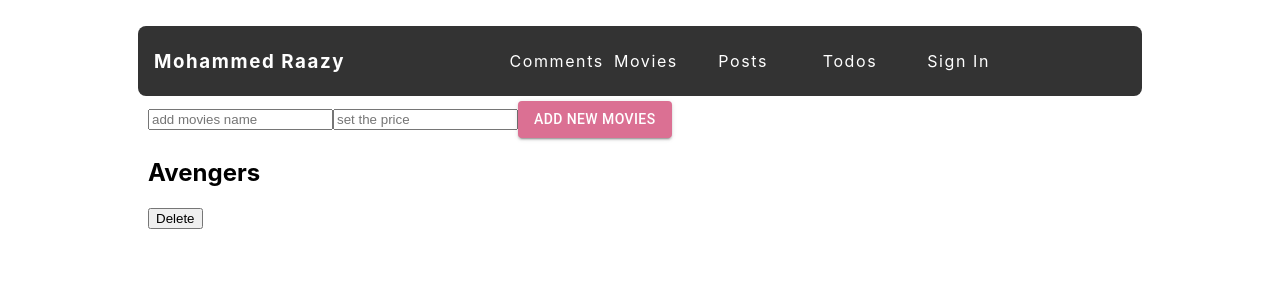
Repository: raazymuhd1/learn-nextjs
Page: /movies
An editor plug-in stored every save of this project. The page is shown before and after the next save, followed by the edit.
The browser window is 1280 px wide. The pictures show the whole page.
The page's requests for data from a server got no answer. The project was rebuilt for these pictures with package versions that can differ from the ones it lists, and the page was loaded fresh each time. The framework's server and built-in components were replaced by stand-ins that run in the browser. No one was signed in, and anything a server would have sent is missing.

Above is the page before, as saved 2021-09-02 20:07:18.

### pages/_app.js
import Layout from '../components/Layout'
import '../styles/globals.css'
import { createStore } from "redux"
import { Provider } from "react-redux"

import  allReducers from "../reducers"

const store = createStore(allReducers)

function MyApp({ Component, pageProps }) {
  return (
    <Provider store={store}>
      <Layout>
         <Component {...pageProps} />
      </Layout>
    </Provider>
  )

}

export default MyApp

### pages/movies/index.js
import React, { useState, useRef } from 'react'
import { useSelector, useDispatch } from "react-redux"
import { useRouter } from "next/router"
import MovieList from '../../components/movieList'

import { Button } from "@material-ui/core"
import { makeStyles } from "@material-ui/styles"

const useStyles = makeStyles({
    btn: {
        background: "palevioletred"
    }
})

const Movie = () => {
       const [ movieName, setMovieName ] = useState("")
       const [ moviePrice, setMoviePrice ] = useState("")
       const btnRef = useRef();

       const classes = useStyles()

       const movies = useSelector(state => state.movies )
       const dispatch = useDispatch()
       const { push } = useRouter()

    return (
        <div>
             <input
             type="text"
             value={movieName}
             onChange={e => setMovieName(e.target.value) }
             placeholder="add movies name" />

             <input
             type="text"
             value={moviePrice}
             onChange={e => setMoviePrice(e.target.value) }
             placeholder="set the price"  />
             <Button className={classes.btn} variant="contained" color="primary"
             onClick={ () => dispatch({ type: "addMovie", name: movieName, price: moviePrice }) } > Add New Movies </Button>

             { movies.map((movie, index) => (
                 <div>
                   <MovieList name={movie.name} ref={btnRef}  />
                 </div>
             )) }
        </div>
    )
}

export default Movie

### components/Layout/index.js
import React, { useEffect } from 'react'
import Head from 'next/head'
import { Container, Main } from '../global'
import Navbar from '../Navbar'

const Layout = ({ children }) => {

    return (
        <Container>
            <Navbar />
            <Head>
                <meta name="description" content="nextjs app" />
                <title> Big Next Project </title>
            </Head>

            <Main>
                { children }
            </Main>
        </Container>
    )
}

export default Layout

### reducers/index.js
import { combineReducers } from "redux"
import { movies } from './movies'

const allReducers =  combineReducers({
       movies,
})

export default allReducers;

### components/movieList/index.js
import React, { forwardRef } from 'react'
import PropTypes from "prop-types"

const MovieList = forwardRef(( { name }, ref ) => {

    const getRef = () => {
        console.log(ref.current)
    }

    return (
        <div>
            <h2> { name } </h2>
            <button ref={ref} onClick={getRef}> Delete </button>
        </div>
    )
})

MovieList.propTypes = {
    name: PropTypes.string.isRequired,
    // name: PropTypes.oneOfType([PropTypes.array, PropTypes.bool])
}

export default MovieList

### components/global/index.js
import styled from 'styled-components'

export const Container = styled.div`
    padding: 10px;
    width: 80%;
    margin: 1rem auto;
`
export const Main = styled.main`
    padding: 5px 10px;
`

### components/Navbar/index.js
import { LI, Nav, UL, HeadingThree } from "./styles";
import Link from "next/link"
import { useSession, signIn, signOut } from "next-auth/client"

const Navbar = () => {
     const [session, loading] = useSession()

    return (
        <Nav>
             <HeadingThree> Mohammed Raazy </HeadingThree>
             <UL>
                 <Link href="/comment">
                     <LI> Comments </LI>
                 </Link>
                 <Link href="/movies">
                     <LI> Movies </LI>
                 </Link>
                 <Link href="/posts">
                     <LI> Posts </LI>
                 </Link>
                 <Link href="/todo">
                     <LI> Todos </LI>
                 </Link>
                 { !session &&
                        <LI onClick={() => signIn()}> Sign In </LI>
                  }
                  { session && !loading &&
                        <LI onClick={() => signOut() } > Sign Out </LI>
                  }
             </UL>
        </Nav>
    )
}

export default Navbar;

### reducers/movies.js
const initialState = [
    { id: 1, name: "Avengers", price: "3k" },
]

export const movies =  (state = initialState, action) => {
     switch(action.type) {
         case "addMovie":
               return [ ...state, { name: action.name, price: action.price } ]
        default:
            return state
     }
}

### components/Navbar/styles.js
import styled from "styled-components"

export const Nav = styled.nav`
    padding: 5px 1rem;
    display: flex;
    align-items: center;
    justify-content: space-between;
    background: #333;
    color: #fff;
    border-radius: 8px;
    letter-spacing: 0.1rem;
`

export const HeadingThree = styled.h3`
    letter-spacing: 0.1rem;
`

export const UL = styled.div`
   display: grid;
   grid-template-columns: repeat(6, 1fr);
   gap: 10px;
   cursor: pointer;
`

export const LI = styled.li`
    list-style: none;
`

Loaded but not shown: pages/_document.js (common file); styles/globals.css (common file)

After the next save:
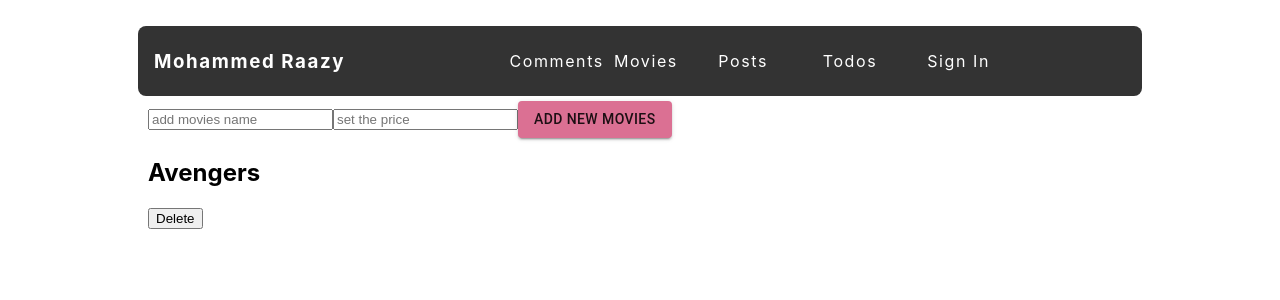
Saved 81 s later.
--- a/pages/movies/index.js
+++ b/pages/movies/index.js
@@ -36,7 +36,7 @@ const Movie = () => {
              value={moviePrice}
              onChange={e => setMoviePrice(e.target.value) }
              placeholder="set the price"  />
-             <Button className={classes.btn} variant="contained" color="primary"
+             <Button className={classes.btn} variant="contained"
              onClick={ () => dispatch({ type: "addMovie", name: movieName, price: moviePrice }) } > Add New Movies </Button>
 
              { movies.map((movie, index) => (
